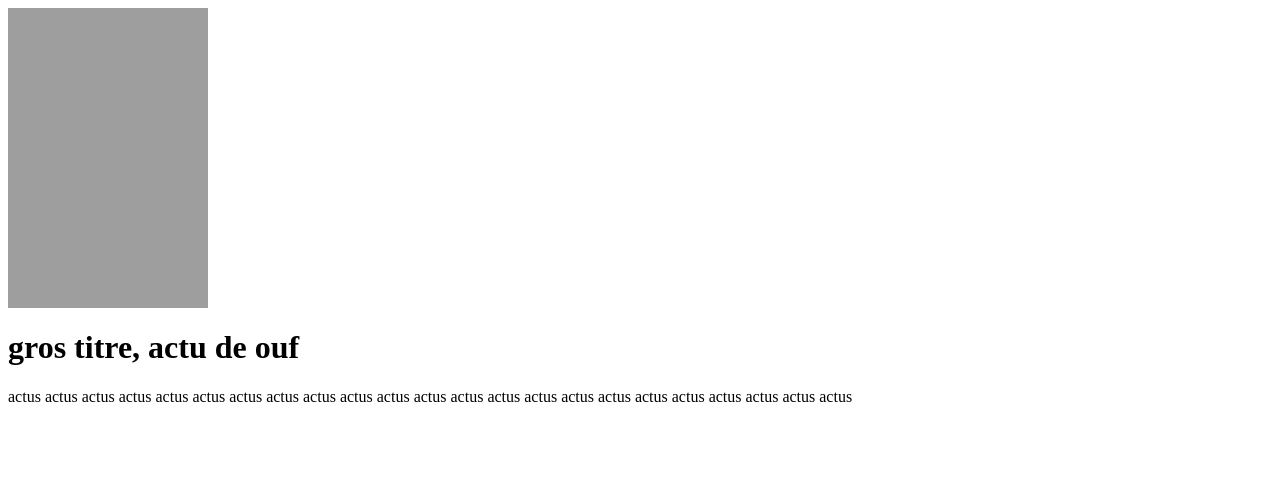
Repository: Mini-T/git-course
Page: actualites/single-actualite_1.html
The author's editor kept a copy of each file at every save. The page is drawn from the files as they stood at one save, then again after the next save.
The browser window is 1280 px wide. The pictures show the whole page.
Pictures or frames that could not be fetched are drawn as grey boxes.

Above is the page before, as saved 2022-09-26 16:02:26.

### actualites/single-actualite_1.html
<html>
    <body>
        <div>
            <img src="https://picsum.photos/200/300?random=1">
            <div>
                <h1>
                    gros titre, actu de ouf
                </h1>
                <p>actus actus actus actus actus actus actus actus actus actus actus actus actus actus actus actus actus actus actus actus actus actus actus </p>
            </div>
            <a href="./single-actualite_1.html"></a>
        </div>
    </body>
</html>

After the next save:
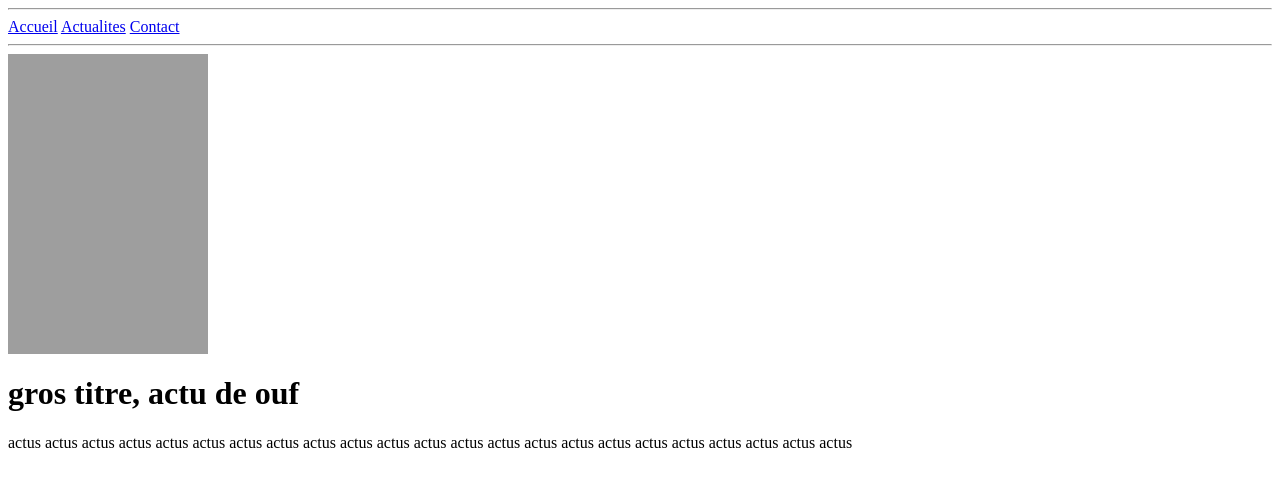
Saved 18 s later.
--- a/actualites/single-actualite_1.html
+++ b/actualites/single-actualite_1.html
@@ -1,5 +1,13 @@
 <html>
     <body>
+        <div>
+            <hr>
+            <a href="../index.html">Accueil</a>
+            <a href="../actualites/actualite.html">Actualites</a>
+            <a href="../contact.html">Contact</a>
+            <a href="../events/event.html"></a>
+            <hr>
+        </div>
         <div>
             <img src="https://picsum.photos/200/300?random=1">
             <div>
